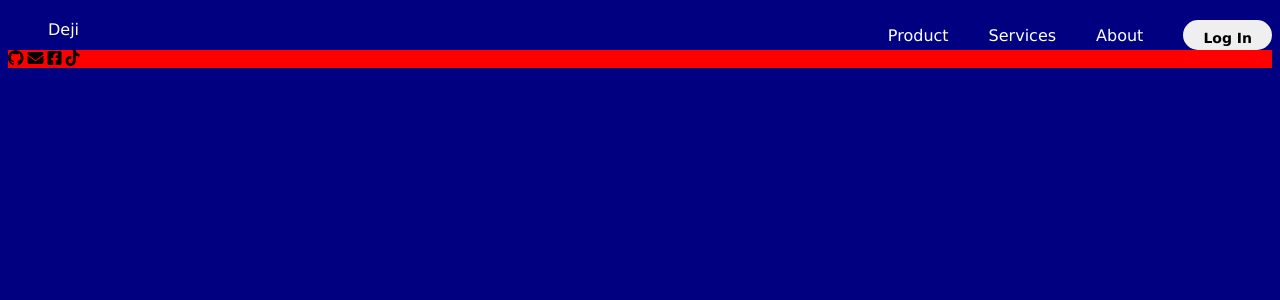
Repository: imokha01/Flexbox-and-Position-Example
Page: index.html
An editor plug-in stored every save of this project. The page is shown before and after a run of saves, followed by the edit.
The browser window is 1280 px wide. The pictures show the whole page.

Above is the page before, as saved 2023-11-21 16:17:44.

After the next 2 saves:
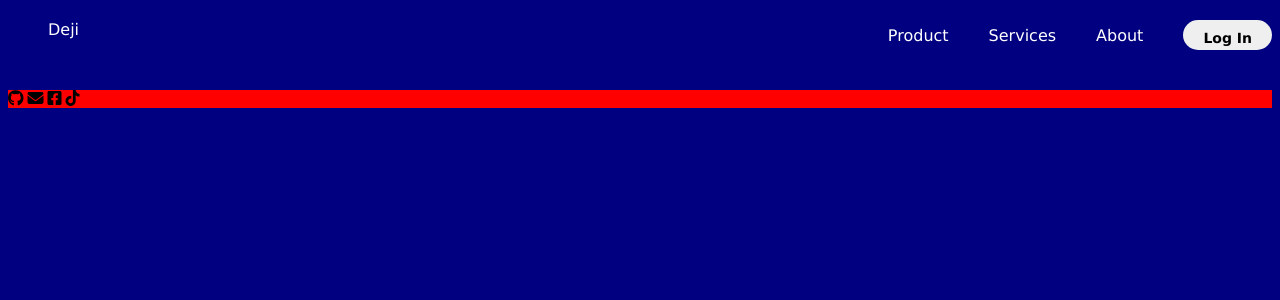
The 2 saves are shown as one change because they came seconds apart.
The last was saved 10 s later.
--- a/index.css
+++ b/index.css
@@ -9,7 +9,7 @@
     margin-top: 20px;
     font-family: Verdana, Geneva, Tahoma, sans-serif;
     color: white;
-    margin-bottom: ;
+    margin-bottom: 40px;
 }
 
 .right {

After the save that followed:
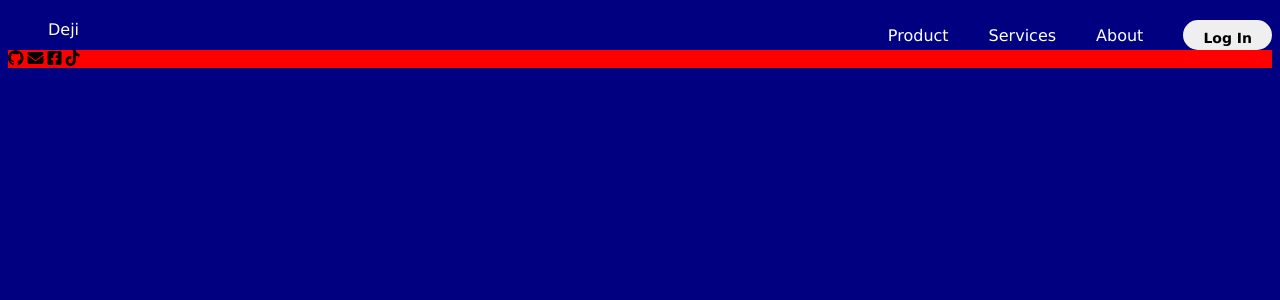
Saved 4 s later.
--- a/index.css
+++ b/index.css
@@ -9,7 +9,7 @@
     margin-top: 20px;
     font-family: Verdana, Geneva, Tahoma, sans-serif;
     color: white;
-    margin-bottom: 40px;
+    margin-bottom: ;
 }
 
 .right {
